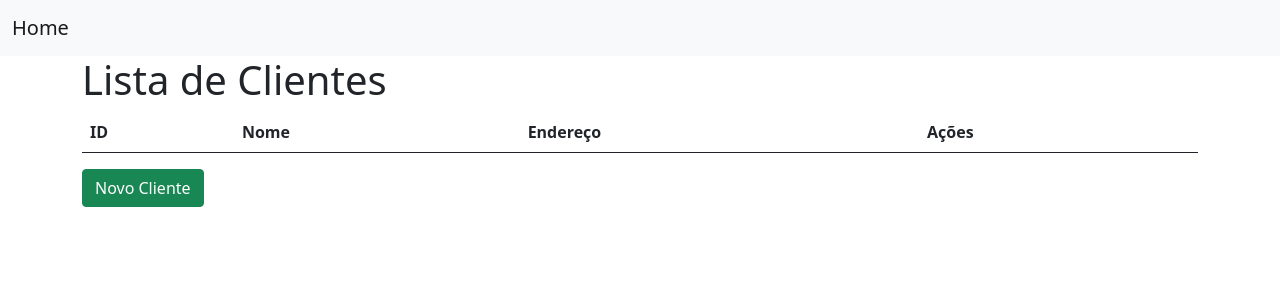
Repository: Luckycaat/eloquent-ORM
Page: http://localhost/clients
An editor plug-in stored every save of this project. The page is shown before and after the next save, followed by the edit.
The browser window is 1280 px wide. The pictures show the whole page.
The page is served by the project's Laravel application, run on PHP 8.4 with Laravel 9. Other server files are loaded and not shown. Queries for data that is not in the repository find no rows.

Above is the page before, as saved 2022-09-20 16:28:58.

### routes/web.php
<?php

use App\Http\Controllers\ClientController;
use App\Http\Controllers\Saudacao;
use App\Http\Controllers\SiteController;

use Illuminate\Support\Facades\Route;

/*
|--------------------------------------------------------------------------
| Web Routes
|--------------------------------------------------------------------------
|
| Here is where you can register web routes for your application. These
| routes are loaded by the RouteServiceProvider within a group which
| contains the "web" middleware group. Now create something great!
|
*/

// Route::get('/', function () {
//     return view('welcome');
// });

Route::get('/', [SiteController::class, 'index'])->name('index');
Route::get('/sobre', [SiteController::class, 'sobre']);
Route::get('/servicos', [SiteController::class, 'servicos']);
Route::get('/servico/{id}', [SiteController::class, 'servico']);

Route::get('/saudacao/{nome?}', Saudacao::class);

Route::get('/clients', [ClientController::class, 'index'])->name('clients.index');
Route::get('/clients/create', [ClientController::class, 'create'])->name('clients.create');
Route::get('/clients/{id}', [ClientController::class, 'show'])->name('clients.show');

Route::post('/clients', [ClientController::class, 'store'])->name('clients.store');
Route::get('/clients/{id}/edit', [ClientController::class, 'edit'])->name('clients.edit');
Route::put('/clients/{id}', [ClientController::class, 'update'])->name('clients.update');

Route::delete('/clients/{id}', [ClientController::class, 'destroy'])->name('clients.destroy');

### app/Http/Controllers/Saudacao.php
<?php

namespace App\Http\Controllers;

use Illuminate\Contracts\View\View;
use Illuminate\Http\Request;

class Saudacao extends Controller
{
    /**
     * Handle the incoming request.
     *
     * @param  string $nome
     * @return void
     */
    public function __invoke(string $nome = 'Pedro')
    {
        return view('saudacao', [
            'nome' => $nome,
        ]);
        // return view('saudacao')->with('nome', $nome);

    }
}

### app/Http/Controllers/ClientController.php
<?php

namespace App\Http\Controllers;

use Illuminate\Http\Request;
use App\Models\Client;

class ClientController extends Controller
{
    public function index()
    {
        $clients = Client::get();

        return view('clients.index', [
            'clients' => $clients,
        ]);
    }

    public function show(int $id)
    {
        $client = Client::find($id);

        return view('clients.show', [
            'client' => $client
        ]);
    }

    public function create()
    {
        return view('clients.create');
    }

    public function store(Request $request)
    {
        $dados = $request->except('_token');
        Client::create($dados);
        return redirect('/clients');
    }

    public function edit(int $id)
    {
        $client = Client::find($id);
        return view('clients.edit', [
            'client' => $client,
        ]);
    }

    public function update(int $id, Request $request)
    {
        $client = Client::find($id);
        $client->update([
            'nome' => $request->nome,
            'endereco' => $request->endereco,
            'observacao' => $request->observacao,
        ]);

        return redirect('/clients');
    }

    public function destroy(int $id)
    {
        $client = Client::find($id);
        $client->delete();

        return redirect('/clients');
    }
}

### app/Models/Client.php
<?php

namespace App\Models;

use Illuminate\Database\Eloquent\Factories\HasFactory;
use Illuminate\Database\Eloquent\Model;

class Client extends Model
{
    use HasFactory;

    protected $fillable = ['nome', 'endereco', 'observacao'];
}

### resources/views/clients/index.blade.php
@extends('app')
@section('titulo', 'Lista de Clientes')
@section('conteudo')
    <h1>Lista de Clientes</h1>
    <table class="table">
        <thead>
            <tr>
                <th scope="col">ID</th>
                <th scope="col">Nome</th>
                <th scope="col">Endereço</th>
                <th scope="col">Ações</th>
            </tr>
        </thead>
        <tbody>
            @foreach ($clients as $client)
                <tr>
                    <th scope="row">{{ $client->id }}</th>
                    <td><a href="{{ route('clients.show', $client) }}">{{ $client->nome }}</a></td>
                    <td>{{ $client->endereco }}</td>
                    <td>
                        <a class="btn btn-primary" href="{{ route('clients.edit', $client) }}">Atualizar</a>
                        <form action="{{ route('clients.destroy', $client) }}" method="POST" style="display: inline;">
                            @method('DELETE')
                            @csrf
                            <button type="submit" class="btn btn-danger"
                                onclick="return confirm('Certeza do que está fazendo?')">Apagar</button>
                        </form>
                    </td>
                </tr>
            @endforeach
        </tbody>
    </table>
    <a href="{{ route('clients.create') }}" class="btn btn-success">Novo Cliente</a>
@endsection

### resources/views/app.blade.php
<!doctype html>
<html lang="en">

<head>

    <meta charset="utf-8">
    <meta name="viewport" content="width=device-width, initial-scale=1">


    <link href="https://cdn.jsdelivr.net/npm/bootstrap@5.0.2/dist/css/bootstrap.min.css" rel="stylesheet"
        integrity="sha384-EVSTQN3/azprG1Anm3QDgpJLIm9Nao0Yz1ztcQTwFspd3yD65VohhpuuCOmLASjC" crossorigin="anonymous">

    <title>@yield('titulo')</title>
</head>

<body>
    <nav class="navbar navbar-light bg-light">
        <div class="container-fluid">
            <a class="navbar-brand" href="{{ route('index') }}">Home</a>
        </div>
    </nav>

    <div class="container">
        @yield('conteudo')
    </div>


    <script src="https://cdn.jsdelivr.net/npm/bootstrap@5.0.2/dist/js/bootstrap.bundle.min.js"
        integrity="sha384-MrcW6ZMFYlzcLA8Nl+NtUVF0sA7MsXsP1UyJoMp4YLEuNSfAP+JcXn/tWtIaxVXM" crossorigin="anonymous">
    </script>

</body>

</html>

Loaded but not shown: app/Http/Controllers/Controller.php (common file)

After the next save:
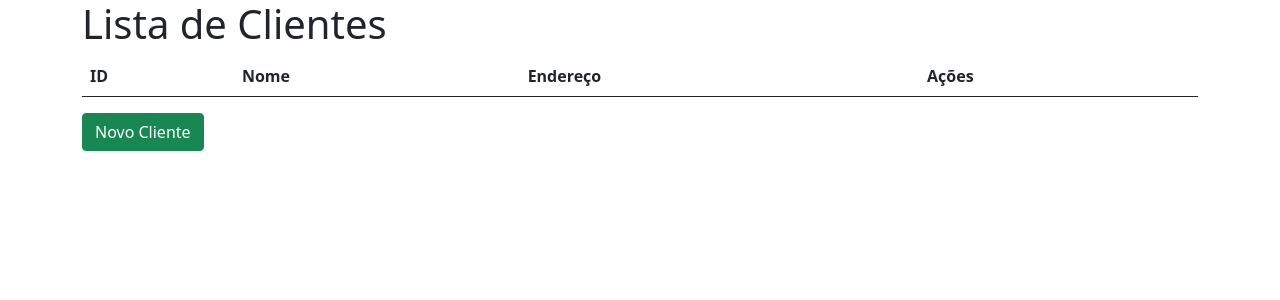
Saved 4 min 3 s later.
--- a/resources/views/app.blade.php
+++ b/resources/views/app.blade.php
@@ -14,11 +14,7 @@
 </head>
 
 <body>
-    <nav class="navbar navbar-light bg-light">
-        <div class="container-fluid">
-            <a class="navbar-brand" href="{{ route('index') }}">Home</a>
-        </div>
-    </nav>
+
 
     <div class="container">
         @yield('conteudo')
